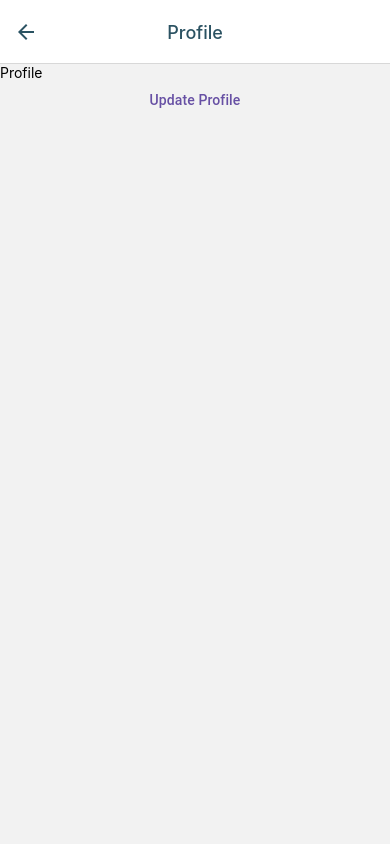
Repository: SaudCh/Expo-Pethub
Screen: /Profile
The author's editor kept a copy of each file at every save. The screen is drawn from the files as they stood at one save, then again after the next save.
The app was drawn by React Native's web renderer in a window 390 px wide. The project was rebuilt for these pictures with package versions that can differ from the ones it lists, and the page was loaded fresh each time. Also part of the build but not shown: Screens/Signup.js, Screens/Home.js, Screens/UpdateProfile.js, Components/Avatar.js.

Above is the screen before, as saved 2022-11-15 00:12:03.

After the next save:
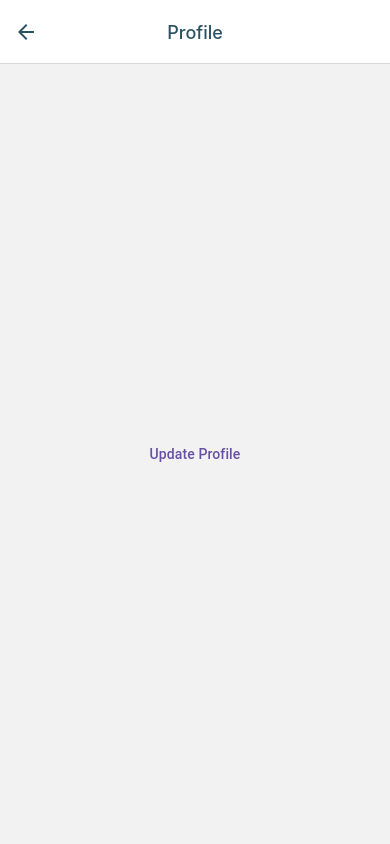
Saved 2 min 0 s later.
--- a/Screens/Profile.js
+++ b/Screens/Profile.js
@@ -4,8 +4,8 @@ import { Button } from 'react-native-paper'
 
 export default function Profile() {
     return (
-        <View>
-            <Text>Profile</Text>
+        <View style={{ flex: 1, justifyContent: 'center' }}>
+
 
             <Button>
                 Update Profile
